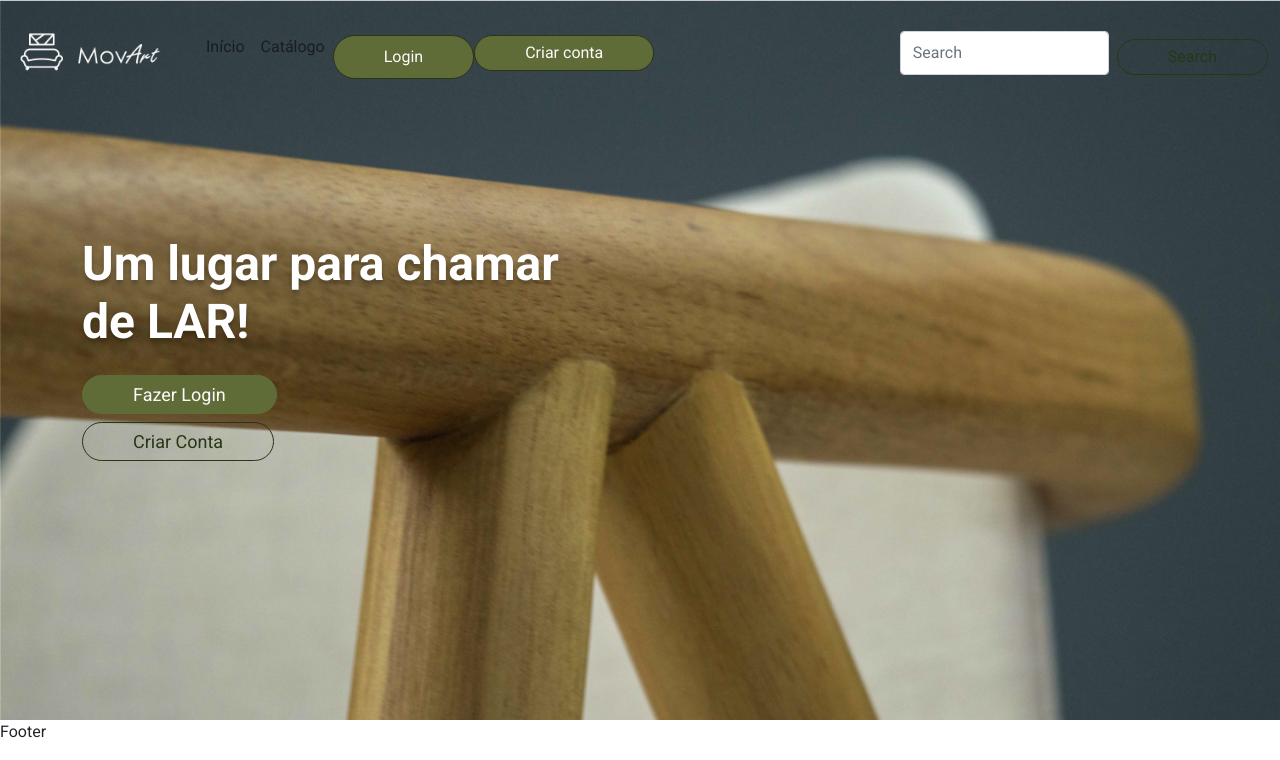
Repository: telesbp/Projeto-4-e-Projeto-5
Page: / (app in front-end/)
The author's editor kept a copy of each file at every save. The page is drawn from the files as they stood at one save, then again after the next save.
The browser window is 1280 px wide. The pictures show the whole page.
The project was rebuilt for these pictures with package versions that can differ from the ones it lists, and the page was loaded fresh each time.

Above is the page before, as saved 2022-07-17 17:43:17.

### front-end/public/index.html
<!DOCTYPE html>
<html lang="pt-BR">
  <head>
    <meta charset="utf-8" />
    <link rel="icon" href="%PUBLIC_URL%/favicon.ico" />
    <meta name="viewport" content="width=device-width, initial-scale=1" />
    <meta name="theme-color" content="#000000" />
    <meta
      name="description"
      content="Seu negócio automatizado!"
    />
    <link rel="apple-touch-icon" href="%PUBLIC_URL%/logo192.png" />
    <!--
      manifest.json provides metadata used when your web app is installed on a
      user's mobile device or desktop. See https://developers.google.com/web/fundamentals/web-app-manifest/
    -->
    <link rel="manifest" href="%PUBLIC_URL%/manifest.json" />
    <!--
      Notice the use of %PUBLIC_URL% in the tags above.
      It will be replaced with the URL of the `public` folder during the build.
      Only files inside the `public` folder can be referenced from the HTML.

      Unlike "/favicon.ico" or "favicon.ico", "%PUBLIC_URL%/favicon.ico" will
      work correctly both with client-side routing and a non-root public URL.
      Learn how to configure a non-root public URL by running `npm run build`.
    -->
    <title>Stagio</title>

    <link rel="preconnect" href="https://fonts.googleapis.com">
    <link rel="preconnect" href="https://fonts.gstatic.com" crossorigin>
    <link href="https://fonts.googleapis.com/css2?family=Roboto:wght@400;700&display=swap" rel="stylesheet">
  </head>
  <body>
    <noscript>You need to enable JavaScript to run this app.</noscript>
    <div id="root"></div>
    <!--
      This HTML file is a template.
      If you open it directly in the browser, you will see an empty page.

      You can add webfonts, meta tags, or analytics to this file.
      The build step will place the bundled scripts into the <body> tag.

      To begin the development, run `npm start` or `yarn start`.
      To create a production bundle, use `npm run build` or `yarn build`.
    -->
  </body>
</html>

### front-end/src/index.tsx
import React from 'react';
import ReactDOM from 'react-dom/client';
import App from './App';
import 'bootstrap/dist/css/bootstrap.min.css';
import { BrowserRouter } from 'react-router-dom';
import 'react-toastify/dist/ReactToastify.css';
import { ToastContainer } from 'react-toastify';
import { GlobalStyle } from './assets/css/global';

const root = ReactDOM.createRoot(
  document.getElementById('root') as HTMLElement
);
root.render(
  <React.StrictMode>
    <BrowserRouter>
    <GlobalStyle/>
      <App />
      <ToastContainer/>
    </BrowserRouter>
  </React.StrictMode>
);

### front-end/src/App.tsx
import { HomeView } from "./views/Home";

function App() {
  return (
    <HomeView/>
  );
}

export default App;

### front-end/src/assets/css/global.ts
import { createGlobalStyle } from "styled-components";

export const GlobalStyle = createGlobalStyle`
    body{
       font-family: 'Roboto', sans-serif;
    }
`

### front-end/src/views/Home/index.tsx
import { Container } from "react-bootstrap";
import styled from "styled-components";
import bgSite from "../../assets/img/cadeira1.png"
import { CustomButton } from "../../components/CustomButton";
import { Layout } from "../../components/Layout";

export function HomeView(){
    return(
        <Layout>
            <Banner className="vh-100">
                <Container className="h-100 d-flex flex-column justify-content-center align-items-center align-items-lg-start">
                    <Title className="text-center text-white text-lg-start mt-auto mt-lg-0 ">Um lugar para chamar de LAR!</Title>
                    <CustomButton size="lg" to="login" variant="primary" className="mt-auto mt-lg-3 mb-2">Fazer Login</CustomButton>
                    <CustomButton size="lg" to="cadastro" variant="outline-primary" className="mb-4">Criar Conta</CustomButton>
                </Container>
            </Banner>
        </Layout>
    )
}

const Banner = styled.div`
    background: url(${bgSite}) no-repeat center center;
    background-size: cover;
`
const Title = styled.h1`
    font-size: 2.25rem;
    font-weight: bold;
    text-shadow: 0 4px 4px rgba(0, 0, 0, 0.25);
    @media (min-width: 992px){
        font-size: 3rem;
        max-width: 500px;
    }
`

### front-end/src/components/CustomButton/index.tsx
import { Button, ButtonProps, Spinner } from "react-bootstrap";
import { LinkContainer } from "react-router-bootstrap";
import styled from "styled-components";

type Props = ButtonProps & {
    loading?: boolean
    to?: string
}

export function CustomButton({children, loading, to, ...otherProps}: Props) {
    const button = (
        <ButtonStyled {...otherProps}>
            {loading && (
                <Spinner animation="border" role="status" size="sm" className="me-2">
                    <span className="visually-hidden">Carregando...</span>
                </Spinner>
            )}
            {children}
        </ButtonStyled>
    )
    if (to){
        return(
            <LinkContainer to={to}>
                {button}
            </LinkContainer>
        )
    }
    return button
}
const ButtonStyled = styled(Button)`
    border-radius: 50px;
    font-weight: 500;
    padding:5px 50px 5px 50px;
    ${props => props.size ==='lg' && `
        font-size: 1.125rem;
    `}
    ${props => (props.variant === "primary" || !props.variant) && `
        background-color: #606c38;
        border-color: #606c38;
        color: #fafafa!important;
        &:hover {
            background-color: #283618;
            border-color: #283618;
        }
    `}
    ${props => (props.variant === "outline-primary" || !props.variant) && `
        border-color: #283618;
        color: #283618;
        &:hover {
            background-color: #283618;
            border-color: #283618;
            color: #fafafa;
        }
    `}
`

### front-end/src/components/Layout/index.tsx
import { Header } from "./Header"

type Props = {
    children: React.ReactNode
}
export const Layout: React.FC<Props> = ({children}) => {
    return (
        <>
            <Header/>
            {children}
            <p>Footer</p>
        </>
    )
}

### front-end/src/components/Layout/Header.tsx
import { faBarsStaggered } from "@fortawesome/free-solid-svg-icons";
import { FontAwesomeIcon } from "@fortawesome/react-fontawesome";
import { Container, Form, Nav, Navbar } from "react-bootstrap";
import { Link } from "react-router-dom";
import styled from "styled-components";
import LogoBrand from "../../assets/img/logobranca.png"
import { CustomButton } from "../CustomButton";
export function Header() {
    return(
        <Navbar fixed="top" expand="lg">
        <Container fluid>
          <Navbar.Brand to="/" as={Link}>
            <img src={LogoBrand} alt="MovArt" width={170} height={80}/>
          </Navbar.Brand>
          <NavBarToggleStyled aria-controls="basic-navbar-nav">
            <FontAwesomeIcon icon={faBarsStaggered}  className="text-white" size="lg" />
            </NavBarToggleStyled>
        <NavBarCollapseStyled id="basic-navbar-nav">
          <Nav className="me-auto">
            <Nav.Link href="#home" className="justify-contend-center text-center">Início</Nav.Link>
            <Nav.Link href="#link" className="justify-contend-center text-center">Catálogo</Nav.Link>
            <CustomButton className="mt-2" >Login</CustomButton>
            <CustomButton className="mt-2 mb-2" >Criar conta</CustomButton>
        </Nav>
            <Form className="d-flex">
              <Form.Control
                type="search"
                placeholder="Search"
                className="me-2"
                aria-label="Search"
              />
              <CustomButton variant="outline-primary" className="mt-2">Search</CustomButton>
            </Form>
          </NavBarCollapseStyled>
        </Container>
      </Navbar>
    )
}
const NavBarToggleStyled = styled(Navbar.Toggle)`
    border:none;
`

const NavBarCollapseStyled = styled(Navbar.Collapse)`
   @media (max-width: 991px) {
   background-color:#fafafa ;
    margin: 0 -12px;
    padding: 1rem 2rem;
}
`

After the next save:
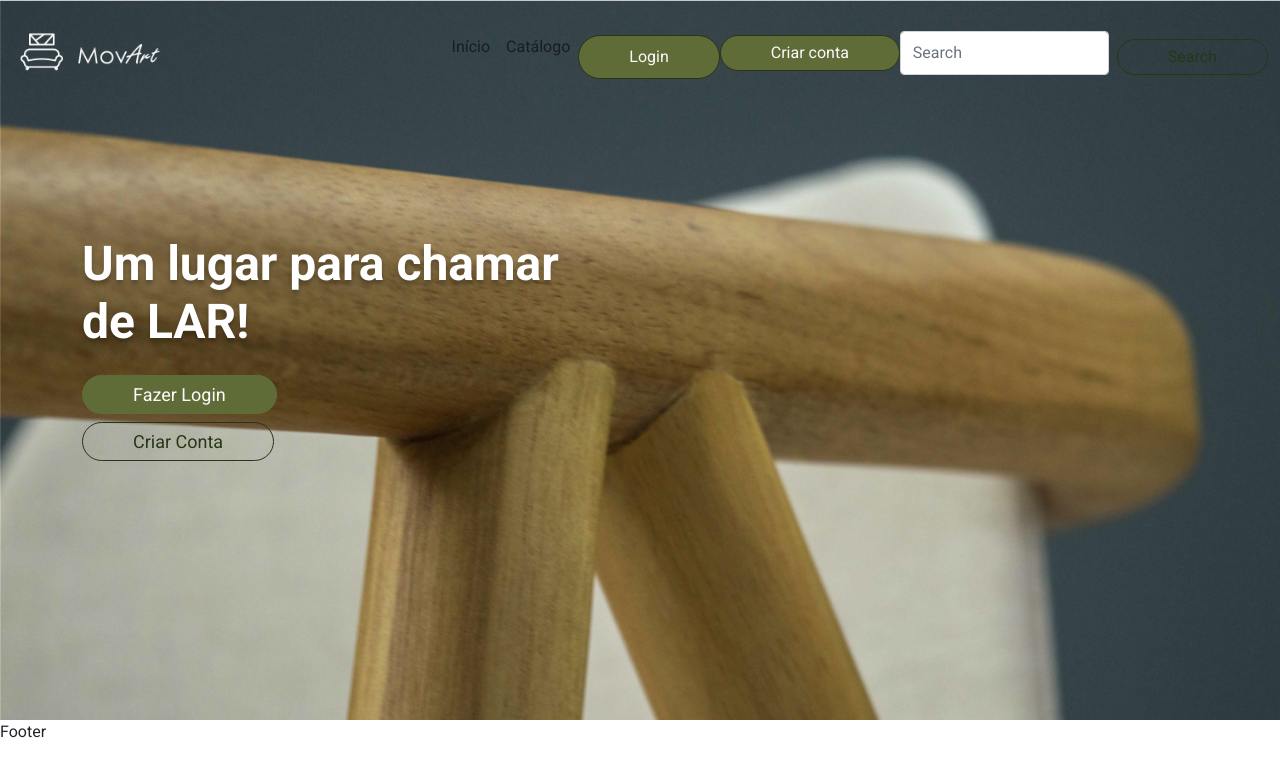
Saved 71 s later.
--- a/front-end/src/components/Layout/Header.tsx
+++ b/front-end/src/components/Layout/Header.tsx
@@ -16,7 +16,7 @@ export function Header() {
             <FontAwesomeIcon icon={faBarsStaggered}  className="text-white" size="lg" />
             </NavBarToggleStyled>
         <NavBarCollapseStyled id="basic-navbar-nav">
-          <Nav className="me-auto">
+          <Nav className="ms-auto">
             <Nav.Link href="#home" className="justify-contend-center text-center">Início</Nav.Link>
             <Nav.Link href="#link" className="justify-contend-center text-center">Catálogo</Nav.Link>
             <CustomButton className="mt-2" >Login</CustomButton>
